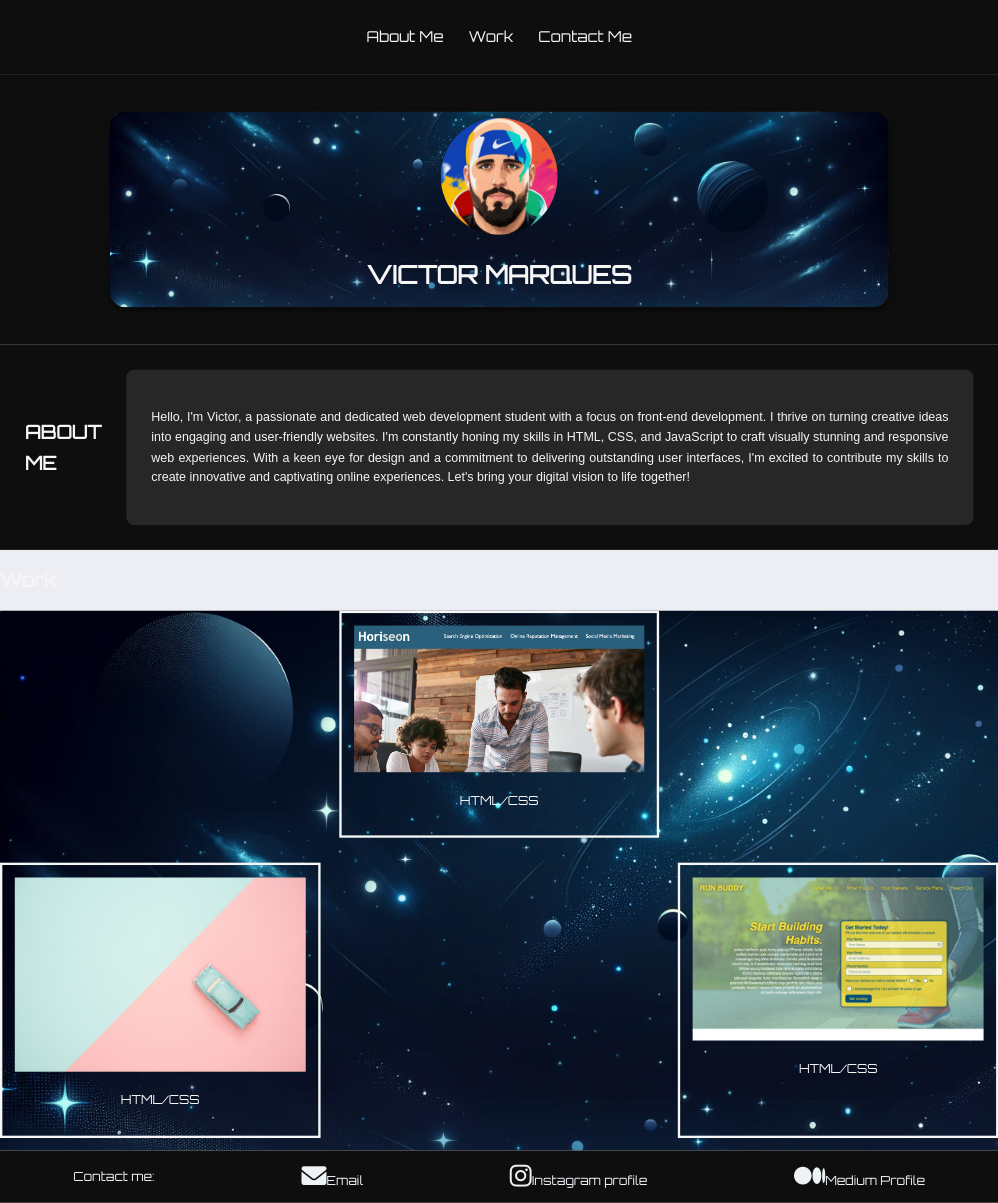
Repository: uvee35/Challenge2-Victor
Page: index.html
These files come from the project's save history. The page is drawn as it stood at one moment and after the next save; the edit follows.
The browser window is 1280 px wide. The pictures show the whole page, at 78% of full size.

Above is the page before, as saved 2023-12-12 22:33:51.

After the next save:
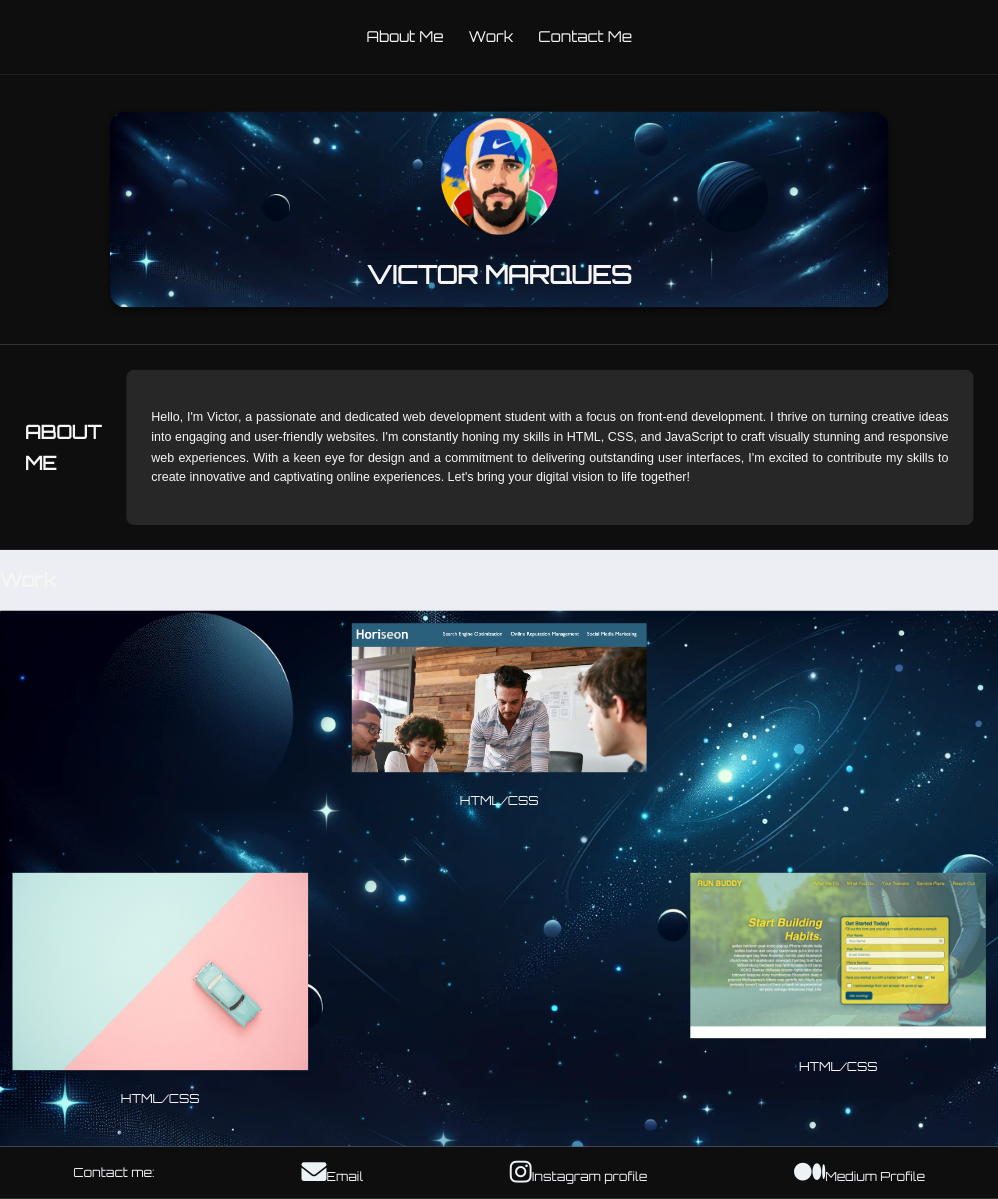
Saved 8 s later.
--- a/assets/style.css
+++ b/assets/style.css
@@ -149,7 +149,7 @@
   margin-bottom: 1rem;
   grid-template-columns: repeat(2, 1fr); /* Two columns layout for the underneath images */
   gap: 2rem;
-  border: 3px solid;
+
 }
 
 
